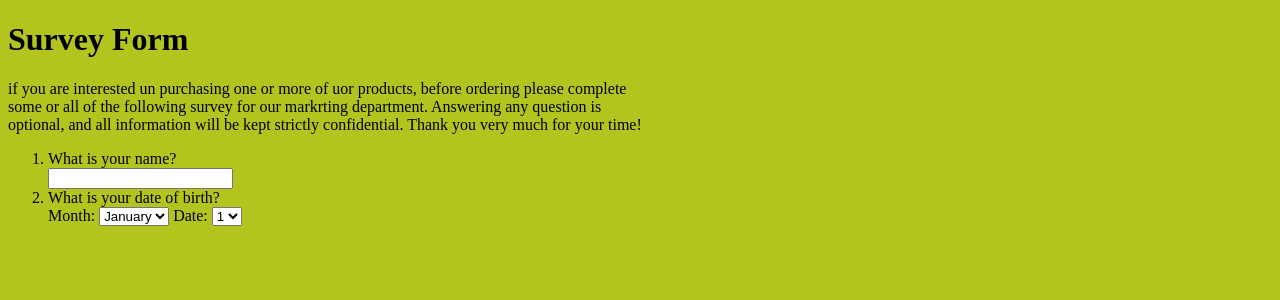
Repository: PhamChiXuan1/HTCNW_tuan3_DHCNTT16C_PhamChiXuan_20030131
Page: bt17.html
These files come from the project's save history. The page is drawn as it stood at one moment and after the next save; the edit follows.
The browser window is 1280 px wide. The pictures show the whole page.

Above is the page before, as saved 2022-02-27 22:08:01.

### bt17.html
<!DOCTYPE html>
<html lang="en">
<head>
    <meta charset="UTF-8">
    <meta http-equiv="X-UA-Compatible" content="IE=edge">
    <meta name="viewport" content="width=device-width, initial-scale=1.0">
    <title>Document</title>
</head>
<body style="background-color: rgb(179, 196, 31);">
    <H1>Survey Form</H1>
    <P>if you are interested un purchasing one or more of uor products, before ordering please complete <br>some or all of the following survey for our markrting department. Answering any question is <br>optional, and all information will be kept strictly confidential. Thank you very much for your time!</P>
    <ol type="1">
        <li>What is your name?</li>
        <form>
            <input type="text" id="fname" name="fname" value=""><br>
        </form>
        <li>What is your date of birth?</li>
        <form>
            <label for="cars">Month:</label>
            <select id="cars" name="cars">
              <option value="January">January</option>
            </select>
            <label for="cars">Date:</label>
            <select id="cars" name="cars">
                <option value="1">1</option>
              </select>
        </form>
    </ol>


</body>
</html>

After the next save:
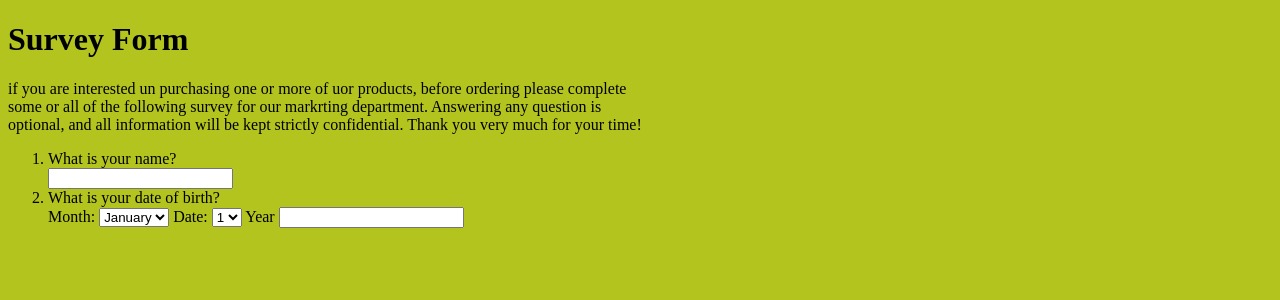
Saved 70 s later.
--- a/bt17.html
+++ b/bt17.html
@@ -24,6 +24,9 @@
             <select id="cars" name="cars">
                 <option value="1">1</option>
               </select>
+              <label for="cars">Year</label>
+              <input type="19">
+
         </form>
     </ol>
 
